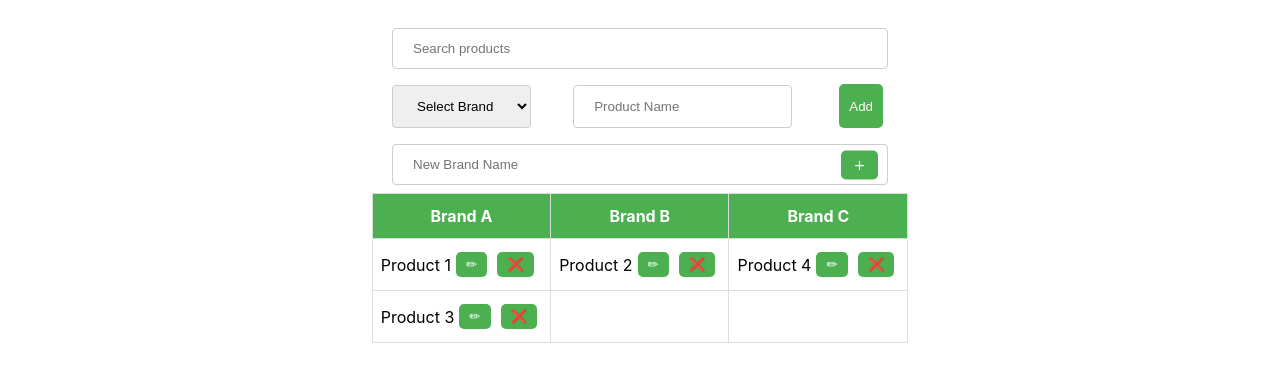
Repository: sunilkc-7/product-manager-app
Page: /
The author's editor kept a copy of each file at every save. The page is drawn from the files as they stood at one save, then again after the next save.
The browser window is 1280 px wide. The pictures show the whole page.
The project was rebuilt for these pictures with package versions that can differ from the ones it lists, and the page was loaded fresh each time.

Above is the page before, as saved 2023-08-02 22:08:37.

After the next save:
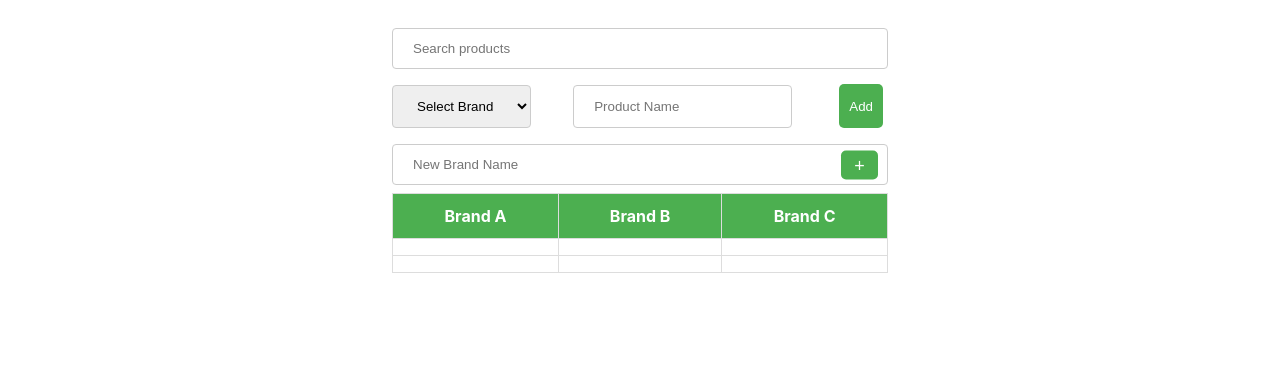
Saved 89 s later.
--- a/src/App.js
+++ b/src/App.js
@@ -136,7 +136,10 @@
             <tr key={i}>
               {brandNames.map((brandName) => {
                 const relatedProducts = filteredProducts
-                  .filter((p) => p.brand === brandName)
+                  .filter(
+                    (p) =>
+                      p.brand === brandName && filtered.includes(brandNames)
+                  )
                   .sort((a, b) => a.name.localeCompare(b.name));
 
                 const product = relatedProducts[i];

After the save that followed:
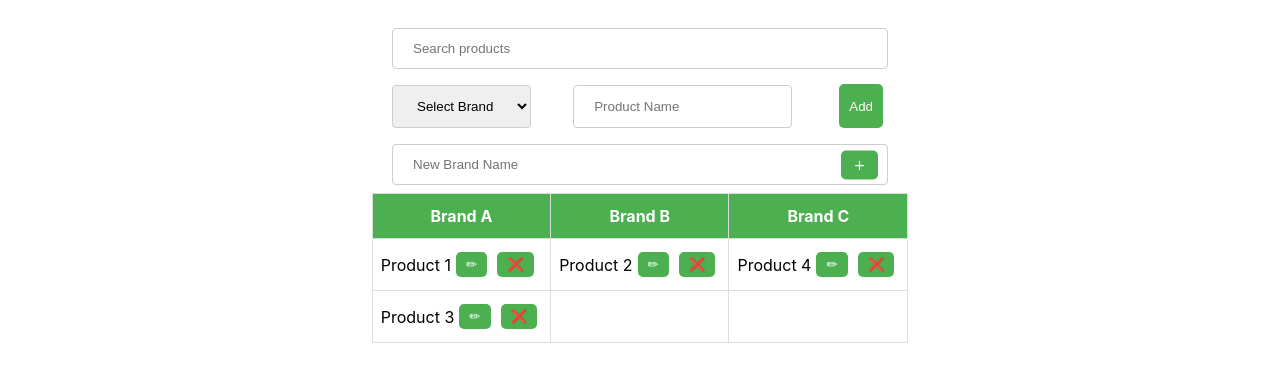
Saved 59 s later.
--- a/src/App.js
+++ b/src/App.js
@@ -136,15 +136,11 @@
             <tr key={i}>
               {brandNames.map((brandName) => {
                 const relatedProducts = filteredProducts
-                  .filter(
-                    (p) =>
-                      p.brand === brandName && filtered.includes(brandNames)
-                  )
+                  .filter((p) => p.brand === brandName)
                   .sort((a, b) => a.name.localeCompare(b.name));
 
                 const product = relatedProducts[i];
 
-                console.log(product, "product");
                 return product ? (
                   <td key={product.name}>
                     <div style={{ display: "flex", alignItems: "center" }}>
